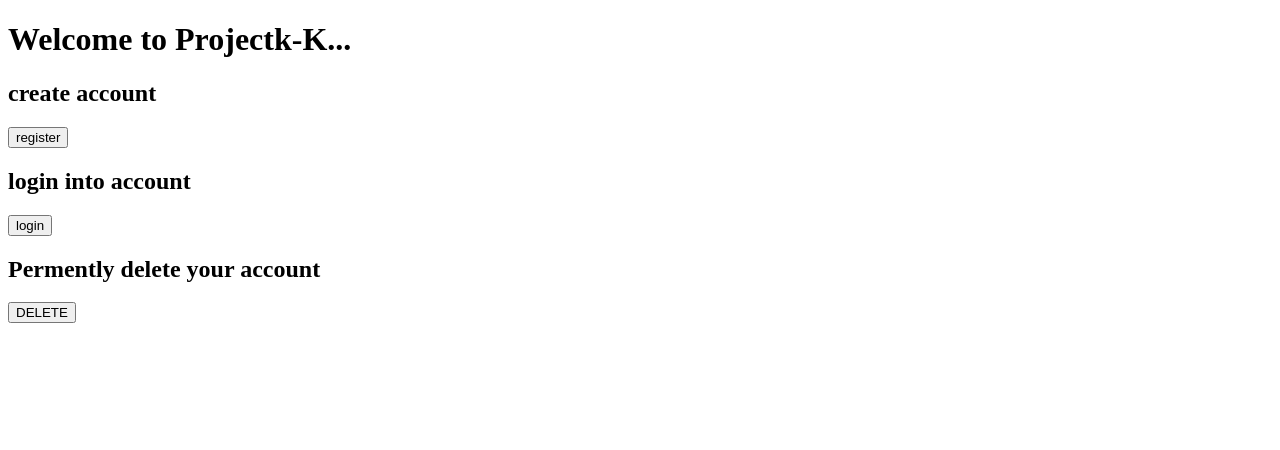
Repository: bpgujjari/Java-Logics
Page: conditional and looping programs/RathanSir/Project1/src/main/webapp/projectHome1.html
An editor plug-in stored every save of this project. The page is shown before and after the next save, followed by the edit.
The browser window is 1280 px wide. The pictures show the whole page.

Above is the page before, as saved 2023-03-15 17:48:22.

After the next save:
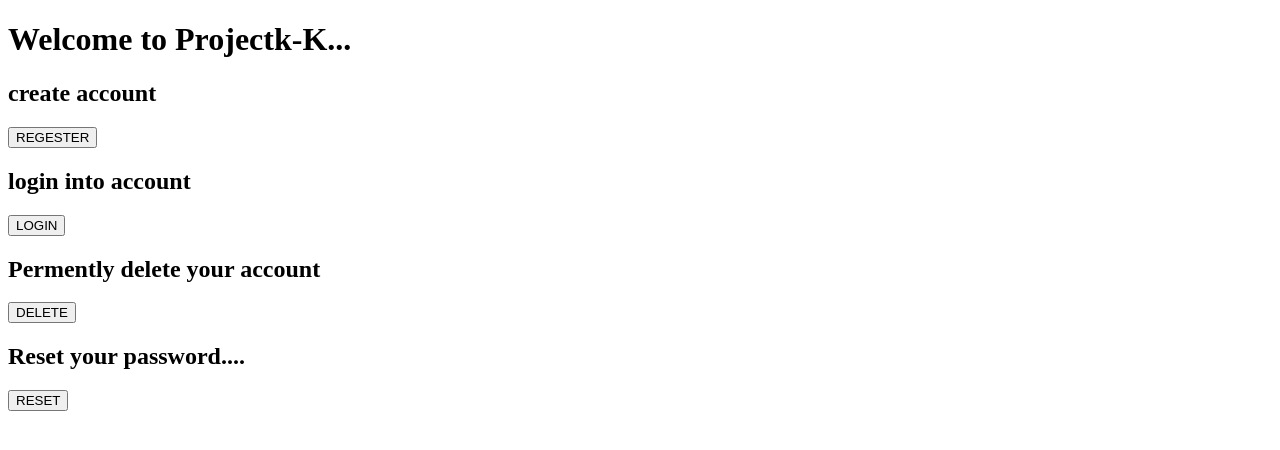
Saved 6 min 41 s later.
--- a/conditional and looping programs/RathanSir/Project1/src/main/webapp/projectHome1.html
+++ b/conditional and looping programs/RathanSir/Project1/src/main/webapp/projectHome1.html
@@ -7,10 +7,12 @@
 <body>
 <h1>Welcome to Projectk-K...</h1>
 <h2>create account</h2>
-<a href="Home.html"><input type="submit" value="register"></a>
+<a href="Home.html"><input type="submit" value="REGESTER"></a>
 <h2>login into account</h2>
-<a href="login.html"><input type="submit" value="login"></a>
+<a href="login.html"><input type="submit" value="LOGIN"></a>
 <h2>Permently delete your account</h2>
 <a href="delete.html"><input type="submit" value="DELETE"></a>
+<h2>Reset your password....</h2>
+<a href="ResetServlet"><input type="submit" value="RESET"></a>
 </body>
 </html>
